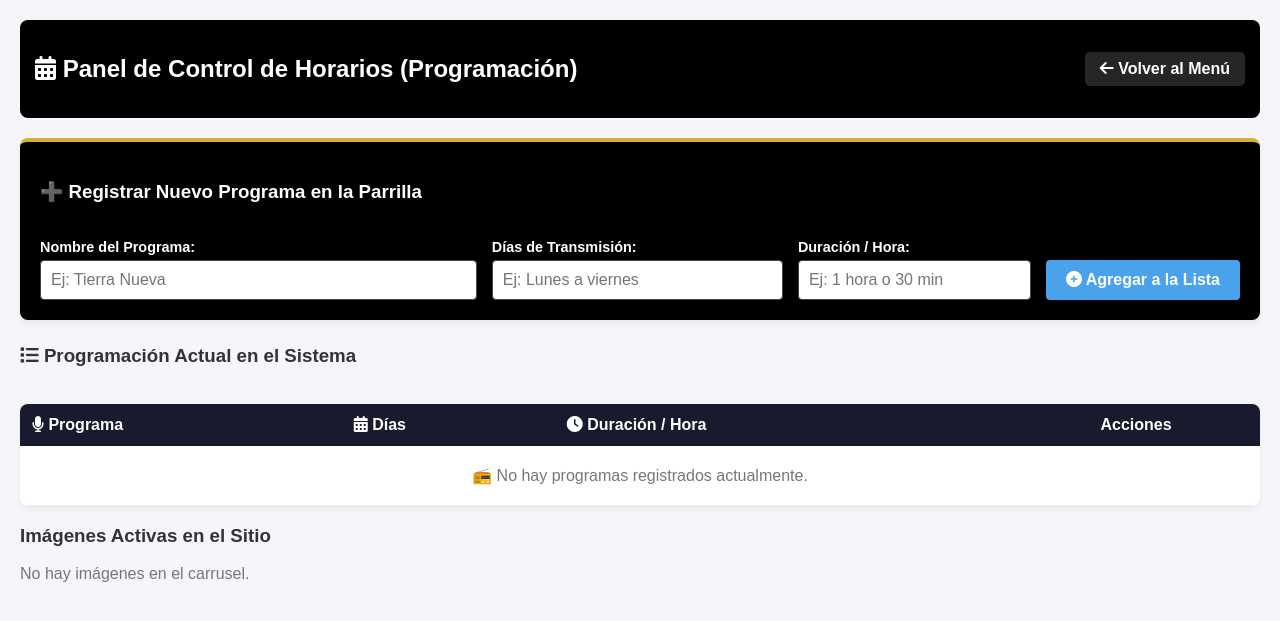
Repository: dalila777-xu/radiopakal1040am
Page: http://localhost/admin_programacion.php
The author's editor kept a copy of each file at every save. The page is drawn from the files as they stood at one save, then again after the next save.
The browser window is 1280 px wide. The pictures show the whole page.
The page is run by PHP 8.4 with error messages shown; the project is at /var/www/html/. The session is filled in as if someone had signed in: {"usuario": "testuser", "nombre": "testuser"}. Queries for data that is not in the repository find no rows.

Above is the page before, as saved 2026-07-07 19:13:21.

After the next save:
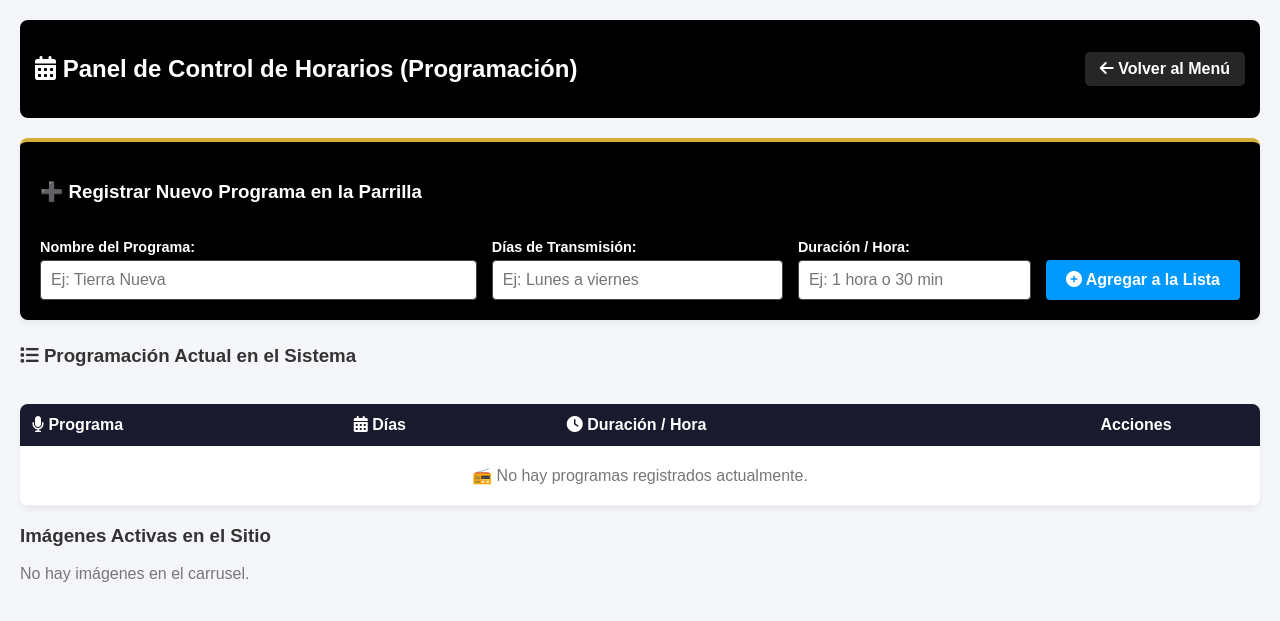
Saved 29 s later.
--- a/admin_programacion.php
+++ b/admin_programacion.php
@@ -90,7 +90,7 @@ if (isset($_GET['editar'])) {
         .form-group { display: flex; flex-direction: column; }
         .form-group label { font-weight: bold; margin-bottom: 5px; font-size: 0.9rem; color: white; }
         .form-group input { padding: 10px; border: 1px solid #444; border-radius: 4px; font-size: 1rem; background: #fff; color: #000; }
-        .btn-submit { background: #4aa1ec; color: white; border: none; padding: 11px 20px; border-radius: 4px; font-weight: bold; cursor: pointer; font-size: 1rem; }
+        .btn-submit { background: #0099FF; color: white; border: none; padding: 11px 20px; border-radius: 4px; font-weight: bold; cursor: pointer; font-size: 1rem; }
         .btn-update { background: #D4AF37; color: #1a1a2e; }
         .btn-cancel { background: #666; color: white; text-decoration: none; padding: 11px 20px; border-radius: 4px; font-weight: bold; font-size: 0.9rem; display: inline-block; }
         table { width: 100%; border-collapse: collapse; background: white; border-radius: 8px; overflow: hidden; box-shadow: 0 4px 6px rgba(0,0,0,0.05); }
